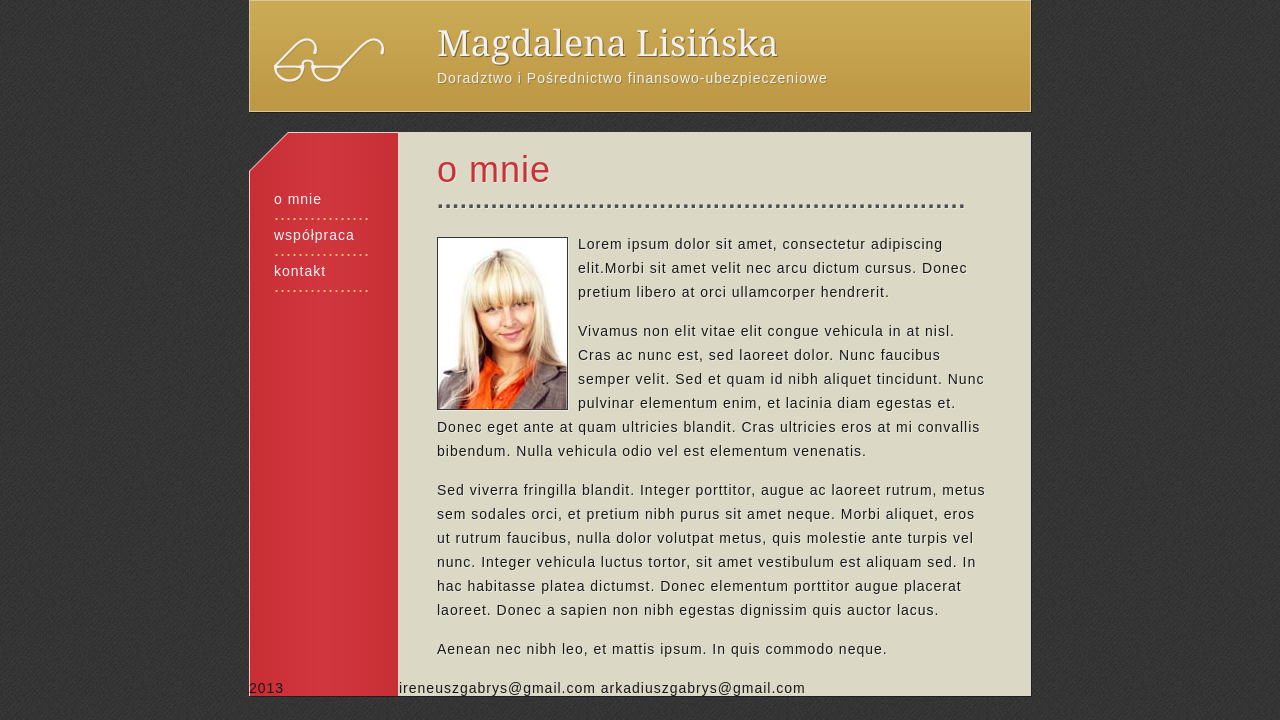
Repository: gabr/php_elicpse_workspace
Page: Magda Lisinska/index.html
The author's editor kept a copy of each file at every save. The page is drawn from the files as they stood at one save, then again after the next save.
The browser window is 1280 px wide. The pictures show the whole page.

Above is the page before, as saved 2013-03-06 20:25:58.

### Magda Lisinska/index.html
<!DOCTYPE HTML>
<html>
	<head>
		<meta http-equiv="Content-Type" content="text/html; charset=utf-8" >
		<title>Magdalena Lisińska</title>
		<!--
		<meta name="description" content="Add your sites description here">
		<meta name="keywords" content="Add,your,site,keywords,here">
		<link rel="icon" type="image/x-icon" href="../images/favicon.ico">
		-->
		<link rel="stylesheet" type="text/css" href="css/reset.css" media="screen">
		<link rel="stylesheet" type="text/css" href="css/style.css" media="screen">
        <script src="js/jquery-1.9.1.js"></script>
        <script src="js/script.js"></script>
		<!--[if lt IE 9]>
		<script src="js/html5shiv.js"></script>
		<![endif]-->
	</head>

	<body>
		<!-- head -->
		<div id="header">
			<a href="index.html" id="glasses"></a>
			<a href="index.html" id="header-title">
				<p id="title">Magdalena Lisińska</p>
				<p id="slogan">Doradztwo i Pośrednictwo finansowo-ubezpieczeniowe</p>
			</a>
			<div class="clear"></div>
		</div>

		<!-- body -->
		<div id="body">
			<!-- menu -->
			<div id="menu">
				<div id="menu-head"></div>
				<div id="menu-body">
					<div id="menu-margin"></div>
					<ul>
						<li><a href="#">o mnie</a></li>
						<li class="line">................</li>
						<li><a href="#">współpraca</a></li>
						<li class="line">................</li>
						<li><a href="kontakt.html">kontakt</a></li>
						<li class="line">................</li>
					</ul>
				</div>
			</div>
			<!-- content -->
			<div id="content">
				<div>
					<h1>o mnie</h1>
					<div class="line">.....................................................................</div>
					<img src="images/example_photo.jpg" />
					<p>Lorem ipsum dolor sit amet, consectetur adipiscing elit.Morbi sit amet velit nec arcu dictum cursus. Donec pretium libero at orci ullamcorper hendrerit.</p>
					<p>Vivamus non elit vitae elit congue vehicula in at nisl. Cras ac nunc est, sed laoreet dolor. Nunc faucibus semper velit. Sed et quam id nibh aliquet tincidunt. Nunc pulvinar elementum enim, et lacinia diam egestas et. Donec eget ante at quam ultricies blandit. Cras ultricies eros at mi convallis bibendum. Nulla vehicula odio vel est elementum venenatis.</p>
					<p>Sed viverra fringilla blandit. Integer porttitor, augue ac laoreet rutrum, metus sem sodales orci, et pretium nibh purus sit amet neque. Morbi aliquet, eros ut rutrum faucibus, nulla dolor volutpat metus, quis molestie ante turpis vel nunc. Integer vehicula luctus tortor, sit amet vestibulum est aliquam sed. In hac habitasse platea dictumst. Donec elementum porttitor augue placerat laoreet. Donec a sapien non nibh egestas dignissim quis auctor lacus.</p>
					<p>Aenean nec nibh leo, et mattis ipsum. In quis commodo neque.</p>

				</div>
			</div>
			<div class="clear"></div>

            <!-- footer -->
            <div id="footer">
                <div id="left-footer"><p>2013</p></div>
                <div id="right-footer"><p>ireneuszgabrys@gmail.com arkadiuszgabrys@gmail.com</p></div>
                <div class="clear"></div>
            </div>

		</div>

	</body>
</html>

### Magda Lisinska/css/reset.css
/*
html5doctor.com Reset Stylesheet
v1.6.1
Last Updated: 2010-09-17
Author: Richard Clark - http://richclarkdesign.com
Twitter: @rich_clark
*/

html, body, div, span, object, iframe,
h1, h2, h3, h4, h5, h6, p, blockquote, pre,
abbr, address, cite, code,
del, dfn, em, img, ins, kbd, q, samp,
small, strong, sub, sup, var,
b, i,
dl, dt, dd, ol, ul, li,
fieldset, form, label, legend,
table, caption, tbody, tfoot, thead, tr, th, td,
article, aside, canvas, details, figcaption, figure,
footer, header, hgroup, menu, nav, section, summary,
time, mark, audio, video {
margin:0;
padding:0;
border:0;
outline:0;
font-size:100%;
vertical-align:baseline;
background:transparent;
}

body {line-height:1;}

article,aside,details,figcaption,figure,
footer,header,hgroup,menu,nav,section {
display:block; zoom:1;
}

nav ul {list-style:none;}

blockquote, q {quotes:none;}

blockquote:before, blockquote:after,
q:before, q:after {
content:'';
content:none;
}

a {
margin:0;
padding:0;
font-size:100%;
vertical-align:baseline;
background:transparent;
}

/* change colours to suit your needs */
ins {
background-color:#ff9;
color:#000;
text-decoration:none;
}

/* change colours to suit your needs */
mark {
background-color:#ff9;
color:#000;
font-style:italic;
font-weight:bold;
}

del {text-decoration: line-through;}

abbr[title], dfn[title] {
border-bottom:1px dotted;
cursor:help;
}

table {
border-collapse:collapse;
border-spacing:0;
}

/* change border colour to suit your needs */
hr {
display:block;
height:1px;
border:0;
border-top:1px solid #cccccc;
margin:1em 0;
padding:0;
}

input, select {
vertical-align:middle;
}

### Magda Lisinska/css/style.css
/*  Main  */

body {
	background:url(../images/background.png);
	color:#000;
	font-family: Arial, Helvetica, sans-serif;
	font-size: 14px;
	letter-spacing: 1px;
}

p {
	color: #181818;
	text-align: left;
	margin: 0px 0px 15px 0px;
	line-height: 24px;
}

h1 {
	margin: 20px 0px 0px 0px;
	font-size: 36px;
	color: #cb3138;
	font-weight: normal;
}


img {
	float: left;
	margin: 5px 10px 0px 0px;
	border: 1px solid #363636;
	box-shadow: 1px 1px 0px rgba(255,255,255,0.5);
}

.line {
	-webkit-touch-callout: none;
	-webkit-user-select: none;
	-khtml-user-select: none;
	-moz-user-select: none;
	-ms-user-select: none;
	user-select: none;
}

.clear {
	clear: both;
}

/* Header */
#header {
	background:url(../images/header.jpg);
	width: 780px;
	height: 110px;
	margin: 0 auto;
	border: 1px solid #dbc89a;
	box-shadow: 1px 1px 0px rgba(0,0,0,0.4)
}

#glasses {
	background:url(../images/glasses.png);
	width: 112px;
	height: 45px;
	margin: 37px 0px 0px 23px;
	display: block;
	outline: none;
	float: left;
}

#header-title {
	float: left;
	margin: 30px 0px 0px 52px;
	outline: none;
	text-decoration: none;
}

#title {
	margin: 0px 0px 0px 0px;
	color: #f1f1f1;
	text-shadow: 1px 1px 0px rgba(0,0,0,0.4);
	font-family: Georgia, Times New Roman, Times;
	font-size: 36px;
	letter-spacing: 0px;
}

#slogan {
	color: #f1f1f1;
	text-shadow: 1px 1px 0px rgba(0,0,0,0.2);
	margin: 11px 0px 0px 0px;
}

/* Body */
#body {
	margin:0 auto;
	margin-top: 20px;
	width: 782px;
	box-shadow: 1px 1px 0px rgba(0,0,0,0.4);
}

/* Menu */
#menu {
	float: left;
	width: 150px;
}

#menu-head {
	background:url(../images/menu_head.png);
	height: 40px;
}
#menu-body {
	background:url(../images/menu.jpg);
	min-height: 200px;
}

#menu-margin {
	height: 20px;
}

#menu-body ul {
	width: 100px;
	margin:0 auto;
	list-style: none;
}

#menu-body a{
	color: #f7f7f7;
	text-decoration: none;
}

#menu-body li>a:hover{
	font-weight: bold;
}

#menu-body li.line {
	font-size: 18px;
	color: #f7cb61;
	margin: -1px 0px 5px 0px;
}

/* Content */
#content {
	float:left;
	width: 632px;
	min-height: 200px;
	background: #dbd8c5;
	text-shadow: 1px 1px 0px rgba(255,255,255,0.5);
}

#content>div {
	margin: 0px 38px 0px 38px;
}

#content .line {
	margin: 0px 0px 20px 0px;
	font-size: 24px;
	color: #4f4f4f;
	font-weight: bold;
}

#content iframe {
  margin: 20px auto 2px auto;
}

/* Footer */
#footer {
  width: 782px;
}

#left-footer {
  background:url(../images/menu.jpg);
  width: 150px;
  height: 20px;
  float: left;

  text-color: #f7f7f7;
  text-align: center;
}

#right-footer {
    float:right;
    width: 632px;
    height: 20px;
    background: #dbd8c5;

    color: #918e7e;
    text-align: right;
}

### Magda Lisinska/js/script.js
$(window).load(function() {
    var content_height = $("#content").outerHeight(true);
    console.log(content_height);
    $("#menu").css("height", content_height);
    $("#menu-body").css("height",content_height - 40);
});

Loaded but not shown: Magda Lisinska/js/jquery-1.9.1.js (library)

After the next save:
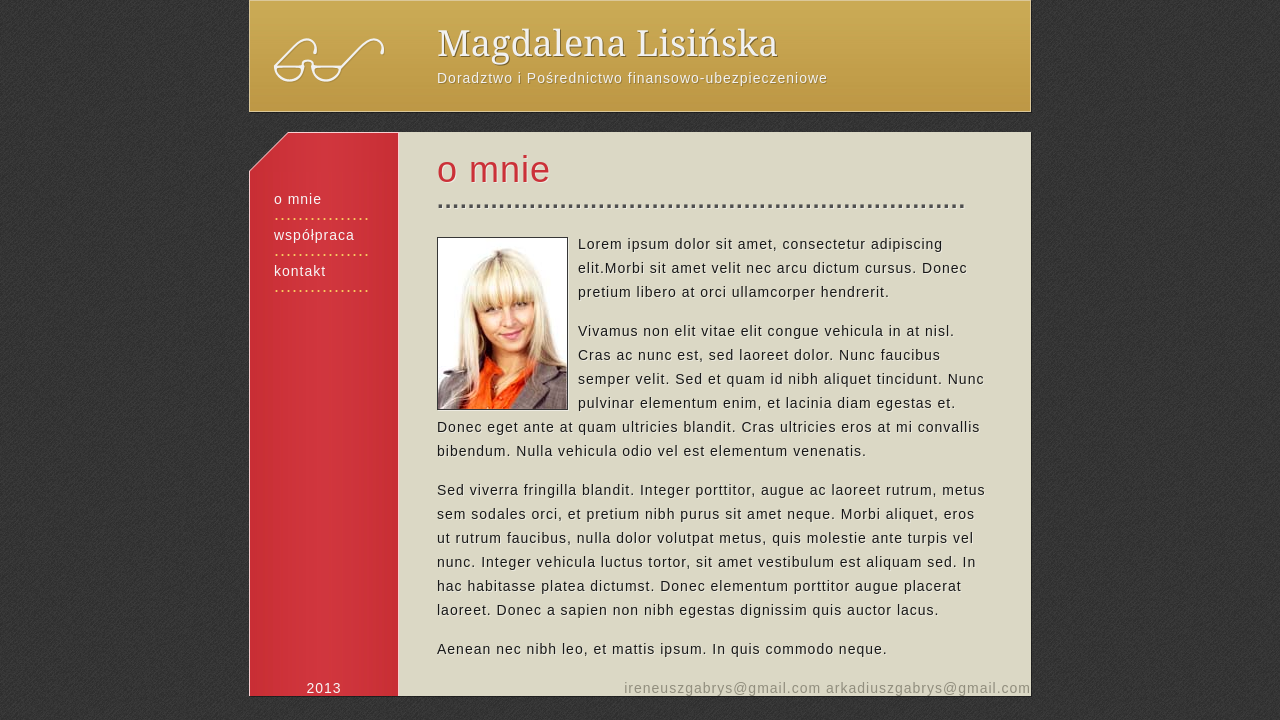
Saved 28 s later.
--- a/Magda Lisinska/css/style.css
+++ b/Magda Lisinska/css/style.css
@@ -167,8 +167,10 @@ img {
   width: 150px;
   height: 20px;
   float: left;
+}
 
-  text-color: #f7f7f7;
+#left-footer p {
+  color: #f7f7f7;
   text-align: center;
 }
 
@@ -177,7 +179,9 @@ img {
     width: 632px;
     height: 20px;
     background: #dbd8c5;
+}
 
-    color: #918e7e;
-    text-align: right;
+#right-footer p {
+  color: #918e7e;
+  text-align: right;
 }
